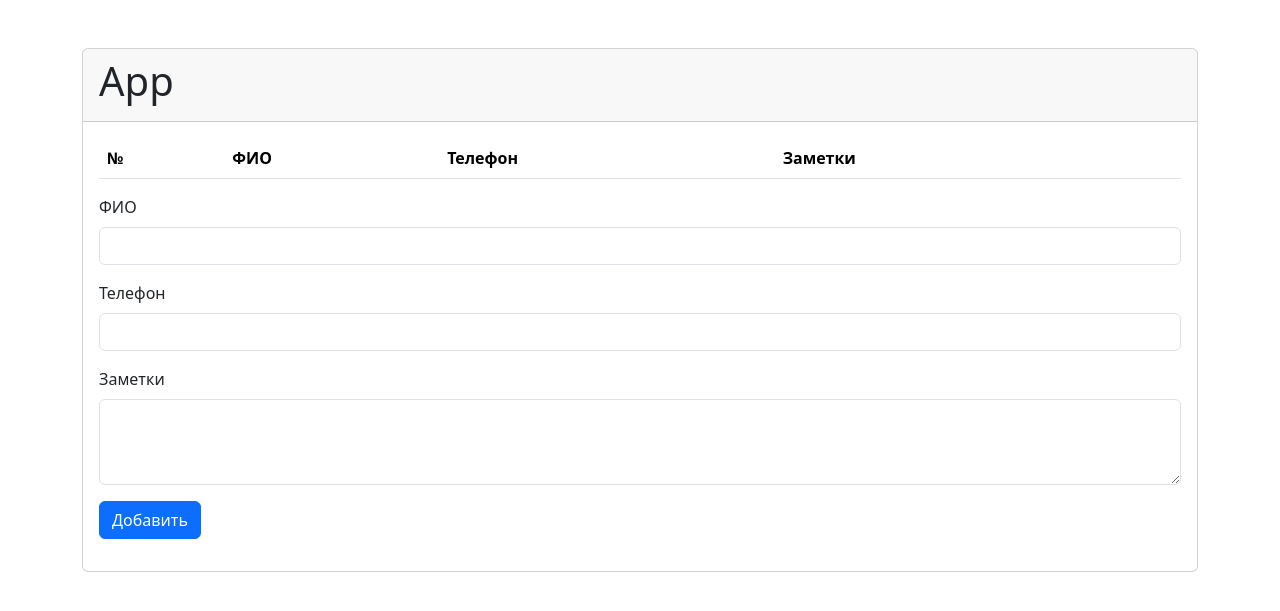
Repository: tatacheba/appstepikjavareact
Page: / (app in client/)
An editor plug-in stored every save of this project. The page is shown before and after the next save, followed by the edit.
The browser window is 1280 px wide. The pictures show the whole page.
The page's requests for data from a server got no answer. The project was rebuilt for these pictures with package versions that can differ from the ones it lists, and the page was loaded fresh each time. No one was signed in, and anything a server would have sent is missing. Also part of the build but not shown: client/src/App.css, client/src/layouts/tableView/components/TableRowItem.js.

Above is the page before, as saved 2024-12-06 17:57:05.

After the next save:
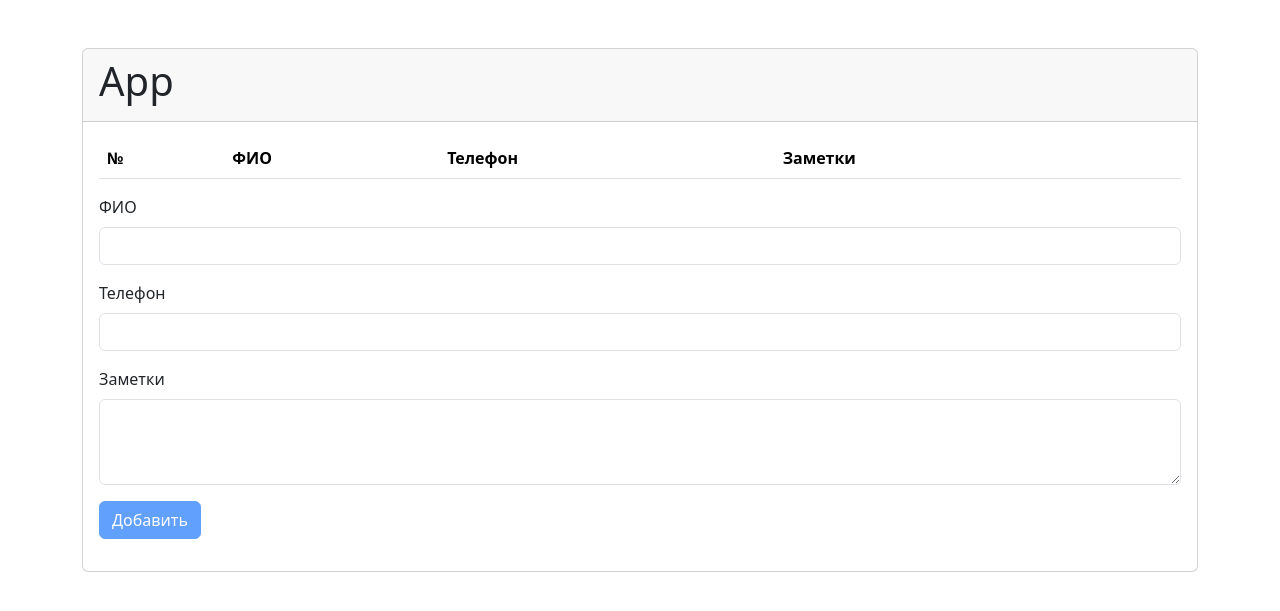
Saved 80 min 32 s later.
--- a/client/src/layouts/formNewItem/FormNewItem.js
+++ b/client/src/layouts/formNewItem/FormNewItem.js
@@ -18,7 +18,7 @@
 
     return (
         <div className="mb-3">
-            <form disabled={disabled}>
+            <form>
                 <label className="form-label">ФИО</label>
                 <div className="mb-3 ">
                     <input
@@ -57,6 +57,7 @@
                     className="btn btn-primary"
                     type="button"
                     onClick={submit}
+                    disabled={disabled}
                 >
                     Добавить
                 </button>

After the 6 saves that followed:
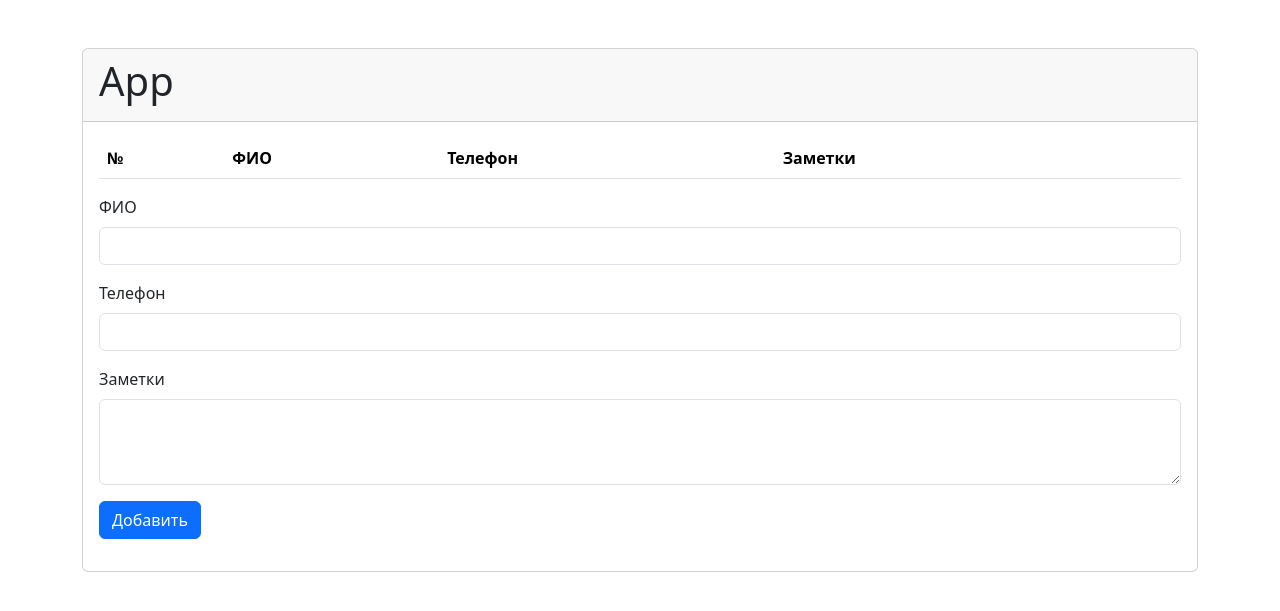
The 6 saves are shown as one change because 5 left the picture as it was.
The last was saved 13 min 15 s later.
--- a/client/src/App.js
+++ b/client/src/App.js
@@ -1,3 +1,5 @@
+// src/App.js
+
 import "./App.css";
 import TablewView from "./layouts/tableView/TablewView";
 import { useEffect, useState } from "react";
--- a/client/src/layouts/tableView/TablewView.js
+++ b/client/src/layouts/tableView/TablewView.js
@@ -1,3 +1,4 @@
+// src/layouts/tableView/TablewView.js
 import React from "react";
 import TableRowItem from "./components/TableRowItem";
 import { v4 as uuidv4 } from "uuid";
--- a/client/src/layouts/formNewItem/FormNewItem.js
+++ b/client/src/layouts/formNewItem/FormNewItem.js
@@ -1,7 +1,7 @@
-import React from "react";
-import { useState } from "react";
+import React, { useState } from "react";
 
-function FormNewItem(props, disabled) {
+function FormNewItem({ appContact, disabled }) {
+    // Правильная деструктуризация props
     const [fullName, setFullName] = useState("");
     const [phone, setPhone] = useState("");
     const [notes, setNotes] = useState("");
@@ -10,7 +10,7 @@
         if (!fullName || !phone || !notes) {
             return;
         }
-        props.appContact(fullName, phone, notes);
+        appContact(fullName, phone, notes); // Используйте переданный метод
         setFullName("");
         setPhone("");
         setNotes("");
@@ -20,14 +20,13 @@
         <div className="mb-3">
             <form>
                 <label className="form-label">ФИО</label>
-                <div className="mb-3 ">
+                <div className="mb-3">
                     <input
                         type="text"
                         className="form-control"
                         value={fullName}
-                        onChange={(e) => {
-                            setFullName(e.target.value);
-                        }}
+                        onChange={(e) => setFullName(e.target.value)}
+                        disabled={disabled} // Заблокировать поле ввода
                     />
                 </div>
                 <label className="form-label">Телефон</label>
@@ -36,30 +35,28 @@
                         type="tel"
                         className="form-control"
                         value={phone}
-                        onChange={(e) => {
-                            setPhone(e.target.value);
-                        }}
+                        onChange={(e) => setPhone(e.target.value)}
+                        disabled={disabled} // Заблокировать поле ввода
                     />
                 </div>
                 <label className="form-label">Заметки</label>
                 <div className="mb-3">
                     <textarea
-                        type="textarea"
                         className="form-control"
                         value={notes}
                         rows={3}
-                        onChange={(e) => {
-                            setNotes(e.target.value);
-                        }}
+                        onChange={(e) => setNotes(e.target.value)}
+                        disabled={disabled} // Заблокировать поле ввода
                     />
                 </div>
                 <button
                     className="btn btn-primary"
                     type="button"
                     onClick={submit}
-                    disabled={disabled}
+                    disabled={disabled} // Заблокировать кнопку
                 >
-                    Добавить
+                    {disabled ? "Добавление..." : "Добавить"}{" "}
+                    {/* Изменить текст кнопки */}
                 </button>
             </form>
         </div>
